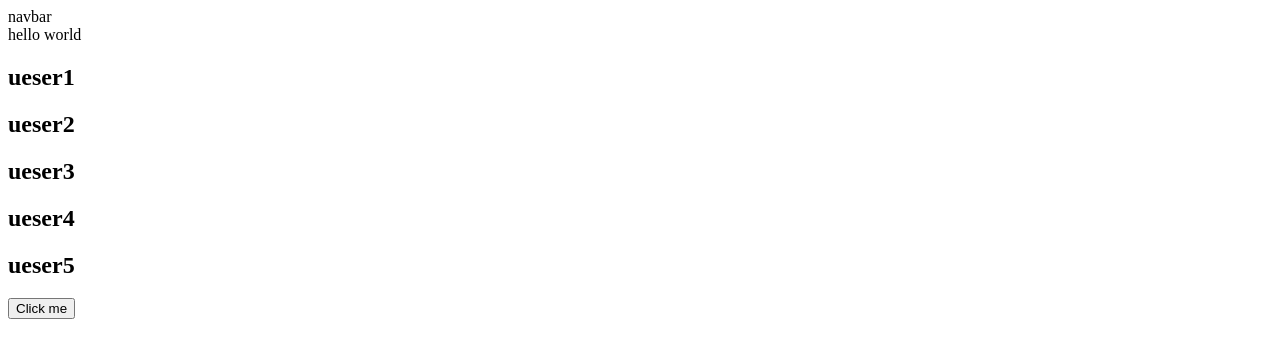
Repository: Mithun-74/first_react_project
Page: /
These files come from the project's save history. The page is drawn as it stood at one moment and after a run of saves; the edit follows.
The browser window is 1280 px wide. The pictures show the whole page.
The project was rebuilt for these pictures with package versions that can differ from the ones it lists, and the page was loaded fresh each time. Also part of the build but not shown: vite.config.js, src/index.css.

Above is the page before, as saved 2025-06-03 15:01:58.

After the next 2 saves:
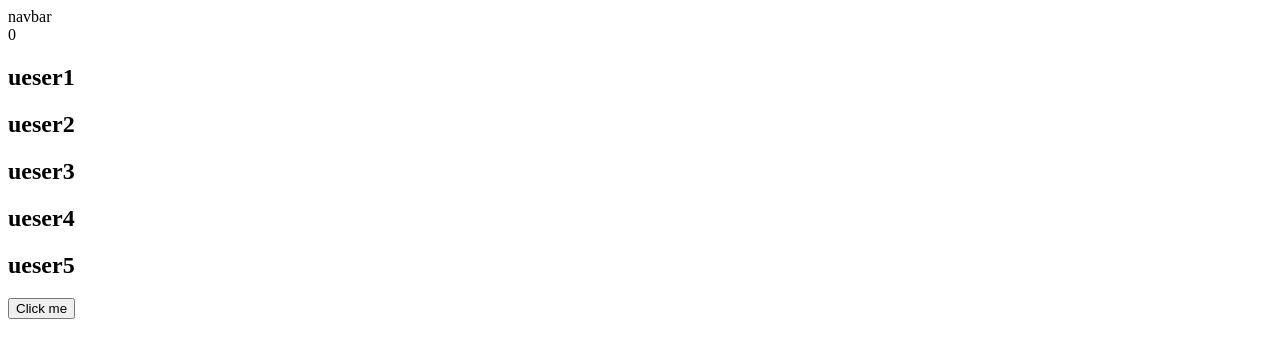
The 2 saves are shown as one change because 1 did not build or start.
The last was saved 11 s later.
--- a/src/App.jsx
+++ b/src/App.jsx
@@ -2,7 +2,7 @@
 import { Navbar } from './components/navbar'
 
 const App = () => {
-  let x = "hello world";
+  let x = 0;
   let array = ["ueser1","ueser2","ueser3","ueser4","ueser5"]
   return (
     <div>
